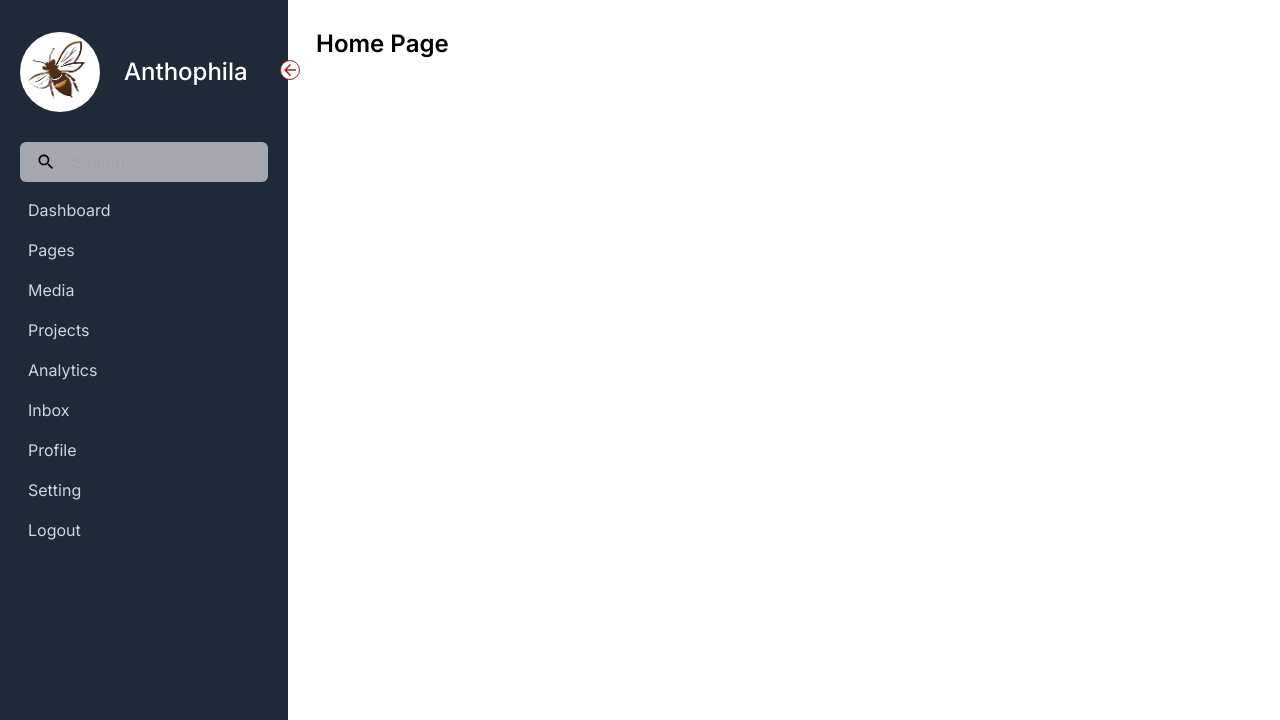
Repository: marcusdashe/anthophila
Page: /dashboard
An editor plug-in stored every save of this project. The page is shown before and after the next save, followed by the edit.
The browser window is 1280 px wide. The pictures show the whole page.
The project was rebuilt for these pictures with package versions that can differ from the ones it lists, and the page was loaded fresh each time. The framework's server and built-in components were replaced by stand-ins that run in the browser. Also part of the build but not shown: next.config.js.

Above is the page before, as saved 2023-04-05 16:07:04.

After the next save:
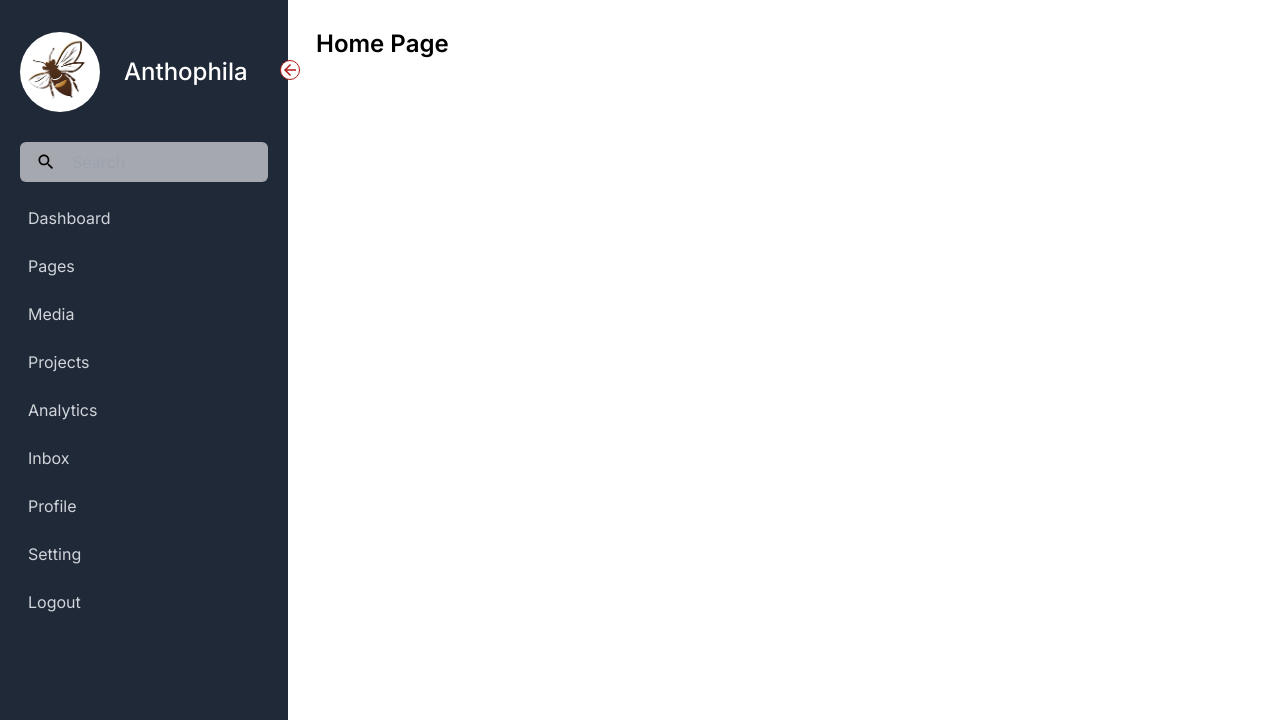
Saved 2 min 18 s later.
--- a/pages/dashboard.js
+++ b/pages/dashboard.js
@@ -86,7 +86,7 @@ const Dashboard = () => {
                 key={index}
                 className="text-gray-300
                 text-small flex
-                items-center gap-x-4 cursor-pointer rounded p-2 hover:bg-white duration-300 hover:text-black duration-300 bg-opacity-100"
+                items-center gap-x-4 cursor-pointer rounded p-2 hover:bg-white duration-300 hover:text-black duration-300 bg-opacity-100 mt-2"
               >
                 <span>{menu.title}</span>
               </li>
